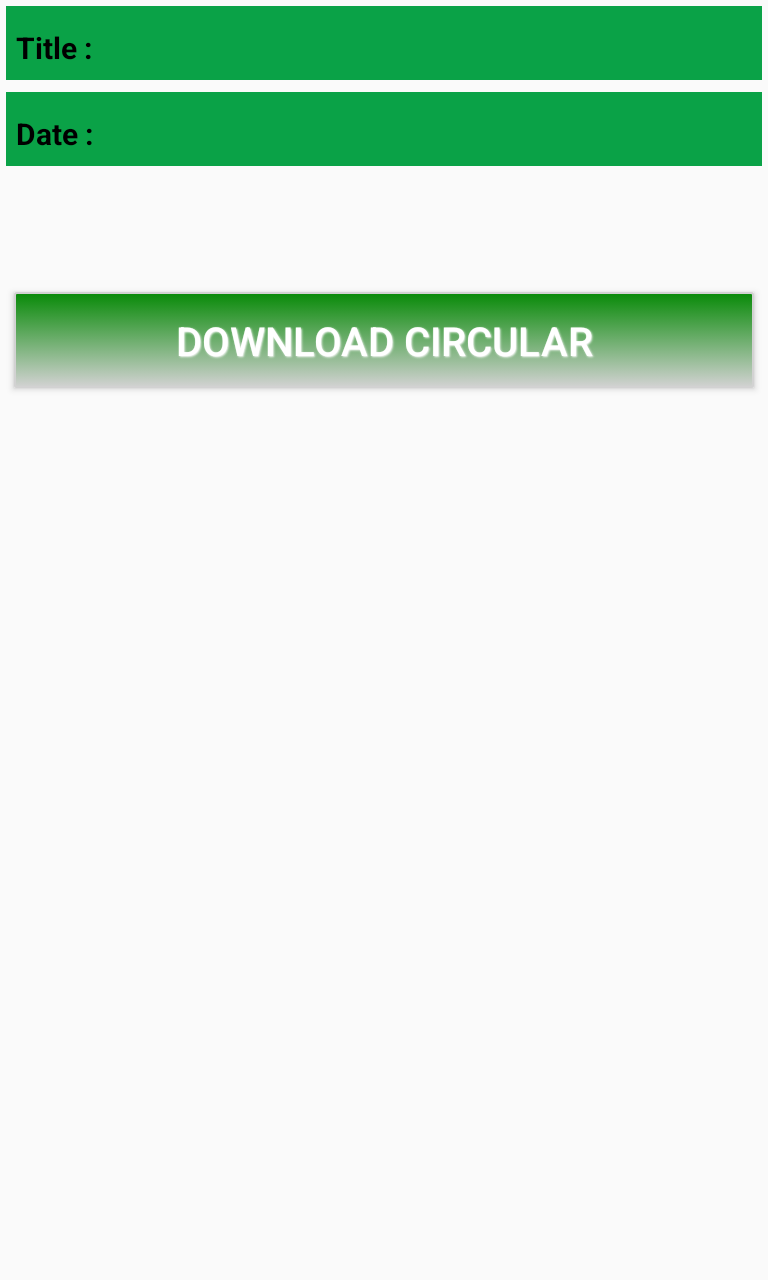
Repository: iguardian2015/iguardian-litchi
Layout: iguardian/res/layout/activity_circular_view.xml
These files come from the project's save history. The layout is drawn as it stood at one moment and after the next save; the edit follows.
It is drawn on a 768 x 1280 px phone screen (xhdpi) without system bars, with theme AppTheme; the app's code is not run.

Above is the layout before, as saved 2015-01-03 16:54:55.

### iguardian/res/layout/activity_circular_view.xml
<?xml version="1.0" encoding="utf-8"?>
<ScrollView xmlns:android="http://schemas.android.com/apk/res/android"
    android:layout_width="fill_parent"
    android:layout_height="fill_parent" >

    <LinearLayout
        android:layout_width="fill_parent"
        android:layout_height="fill_parent"
        android:orientation="vertical" >

        <LinearLayout
            android:layout_width="match_parent"
            android:layout_height="wrap_content"
            android:layout_margin="3dp"
            android:background="#0AA247"
            android:orientation="horizontal" >

            <TextView
                android:id="@+id/title"
                android:layout_width="wrap_content"
                android:layout_height="wrap_content"
                android:padding="5dp"
                android:text="Title :"
                android:textAppearance="?android:attr/textAppearanceLarge"
                android:textColor="#000000"
                android:textSize="15dp"
                android:textStyle="bold" />

            <TextView
                android:id="@+id/circular_title"
                android:layout_width="wrap_content"
                android:layout_height="wrap_content"
                android:padding="5dp"
                android:textAppearance="?android:attr/textAppearanceLarge"
                android:textColor="#000000"
                android:textSize="20dp"
                android:textStyle="italic" />
        </LinearLayout>

        <LinearLayout
            android:layout_width="match_parent"
            android:layout_height="wrap_content"
            android:layout_margin="3dp"
            android:background="#0AA247"
            android:orientation="horizontal" >

            <TextView
                android:id="@+id/date"
                android:layout_width="wrap_content"
                android:layout_height="wrap_content"
                android:padding="5dp"
                android:text="Date :"
                android:textAppearance="?android:attr/textAppearanceLarge"
                android:textColor="#000000"
                android:textSize="15dp"
                android:textStyle="bold" />

            <TextView
                android:id="@+id/circular_date"
                android:layout_width="wrap_content"
                android:layout_height="wrap_content"
                android:padding="5dp"
                android:textAppearance="?android:attr/textAppearanceLarge"
                android:textColor="#000000"
                android:textSize="20dp"
                android:textStyle="italic" />
        </LinearLayout>


        <ScrollView
            android:layout_width="wrap_content"
            android:layout_height="wrap_content"
            android:layout_weight="1" >

            <TextView
                android:id="@+id/circular_text"
                android:layout_width="match_parent"
                android:layout_height="wrap_content"
                android:layout_margin="8dp"
                android:padding="5dp"
                android:paddingTop="10dp"
                android:textAppearance="?android:attr/textAppearanceLarge"
                android:textColor="#525250"
                android:textSize="20dp"
                android:textStyle="italic" />
        </ScrollView>

        <LinearLayout
            android:layout_width="match_parent"
            android:layout_height="wrap_content"
            android:layout_margin="3dp"
            android:orientation="horizontal" >

            <!-- <Button
                android:id="@+id/download"
                android:layout_width="match_parent"
                android:layout_height="wrap_content"
                android:layout_margin="8dp"
                android:text="Download Assignment" /> -->

            <Button
               android:id="@+id/download"
               android:layout_width="match_parent"
               android:layout_height="wrap_content"
            android:padding="10dp"
            android:layout_margin="4dp"
               android:text="Download Circular"
            style="@style/DefaultButtonText"
               android:background="@drawable/button_default_bg"
           />

        </LinearLayout>
    </LinearLayout>

</ScrollView>

### iguardian/res/values/styles.xml
<resources>

    <!--
        Base application theme, dependent on API level. This theme is replaced
        by AppBaseTheme from res/values-vXX/styles.xml on newer devices.
    -->
    <style name="AppBaseTheme" parent="Theme.AppCompat.Light">
        <!--
            Theme customizations available in newer API levels can go in
            res/values-vXX/styles.xml, while customizations related to
            backward-compatibility can go here.
        -->
    </style>

    <!-- Application theme. -->
    <style name="AppTheme" parent="AppBaseTheme">
        <!-- All customizations that are NOT specific to a particular API-level can go here. -->
    </style>

    <style name="DefaultButtonText">
       <item name="android:layout_width">fill_parent</item>
        <item name="android:layout_height">wrap_content</item>
        <item name="android:textColor">#FFFFFF</item>
        <item name="android:gravity">center</item>
        <item name="android:layout_margin">3dp</item>
        <item name="android:textStyle">normal</item>
        <item name="android:textSize">20sp</item>
        <item name="android:shadowColor">#f9f9f9</item>
        <item name="android:shadowDx">1</item>
        <item name="android:shadowDy">1</item>
        <item name="android:shadowRadius">1</item>
    </style>

    <style name="btnStyleBeige" parent="@android:style/Widget.Button">
       <item name="android:textSize">15sp</item>
       <item name="android:textStyle">bold</item>
       <item name="android:textColor">#5d6153</item>
       <item name="android:gravity">center</item>
       <item name="android:shadowColor">#000000</item>
       <item name="android:shadowDx">1</item>
       <item name="android:shadowDy">1</item>
       <item name="android:shadowRadius">0.6</item>
       <item name="android:background">@drawable/custom_button</item>
       <item name="android:padding">10dip</item>
   </style>

</resources>

### iguardian/res/drawable-hdpi/button_default_bg.xml
<?xml version="1.0" encoding="utf-8"?>
<selector xmlns:android="http://schemas.android.com/apk/res/android">
    <item  android:state_pressed="true" >
        <shape>
            <solid
                android:color="#f8f9fa" />
            <stroke
                android:width="1dp"
                android:color="#8CDA2C" />
            <corners
                android:radius="1dp" />

        </shape>
    </item>
    <item>
        <shape>
            <gradient
                android:startColor="#088A08"
                android:endColor="#d2d2d2"
                android:angle="270" />
            <stroke
                android:width="1dp"
                android:color="#d2d2d2" />
            <corners
                android:radius="1dp" />

        </shape>
    </item>
</selector>

Loaded but not shown: iguardian/res/values-v11/styles.xml (common file); iguardian/res/values-v14/styles.xml (common file)

After the next save:
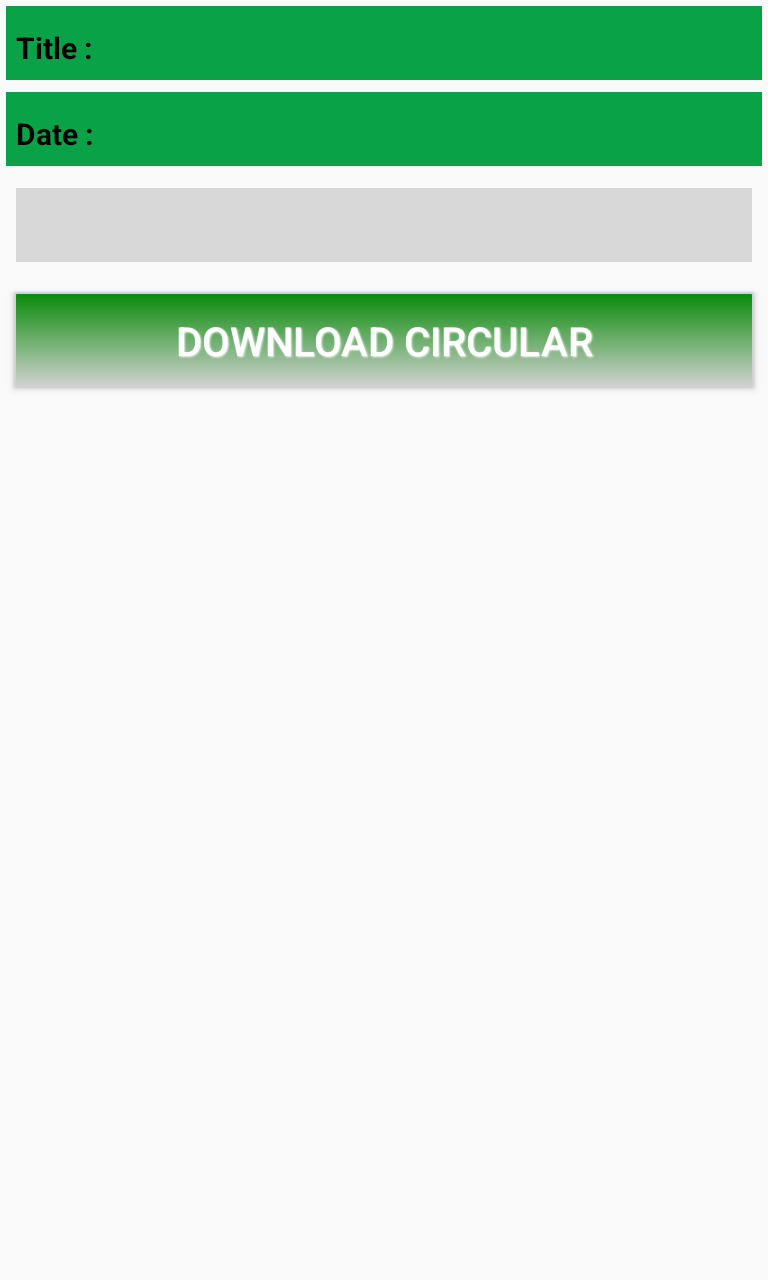
Saved 4 s later.
--- a/iguardian/res/layout/activity_circular_view.xml
+++ b/iguardian/res/layout/activity_circular_view.xml
@@ -34,7 +34,7 @@
                 android:textAppearance="?android:attr/textAppearanceLarge"
                 android:textColor="#000000"
                 android:textSize="20dp"
-                android:textStyle="italic" />
+                android:textStyle="normal" />
         </LinearLayout>
 
         <LinearLayout
@@ -63,12 +63,11 @@
                 android:textAppearance="?android:attr/textAppearanceLarge"
                 android:textColor="#000000"
                 android:textSize="20dp"
-                android:textStyle="italic" />
+                android:textStyle="normal" />
         </LinearLayout>
 
-
         <ScrollView
-            android:layout_width="wrap_content"
+            android:layout_width="match_parent"
             android:layout_height="wrap_content"
             android:layout_weight="1" >
 
@@ -79,10 +78,11 @@
                 android:layout_margin="8dp"
                 android:padding="5dp"
                 android:paddingTop="10dp"
+                android:background="#D8D8D8"
                 android:textAppearance="?android:attr/textAppearanceLarge"
                 android:textColor="#525250"
                 android:textSize="20dp"
-                android:textStyle="italic" />
+                android:textStyle="normal" />
         </ScrollView>
 
         <LinearLayout
@@ -91,24 +91,24 @@
             android:layout_margin="3dp"
             android:orientation="horizontal" >
 
-            <!-- <Button
+            <!--
+                 <Button
                 android:id="@+id/download"
                 android:layout_width="match_parent"
                 android:layout_height="wrap_content"
                 android:layout_margin="8dp"
-                android:text="Download Assignment" /> -->
+                android:text="Download Assignment" />
+            -->
 
             <Button
-               android:id="@+id/download"
-               android:layout_width="match_parent"
-               android:layout_height="wrap_content"
-            android:padding="10dp"
-            android:layout_margin="4dp"
-               android:text="Download Circular"
-            style="@style/DefaultButtonText"
-               android:background="@drawable/button_default_bg"
-           />
-
+                android:id="@+id/download"
+                style="@style/DefaultButtonText"
+                android:layout_width="match_parent"
+                android:layout_height="wrap_content"
+                android:layout_margin="4dp"
+                android:background="@drawable/button_default_bg"
+                android:padding="10dp"
+                android:text="Download Circular" />
         </LinearLayout>
     </LinearLayout>
 
